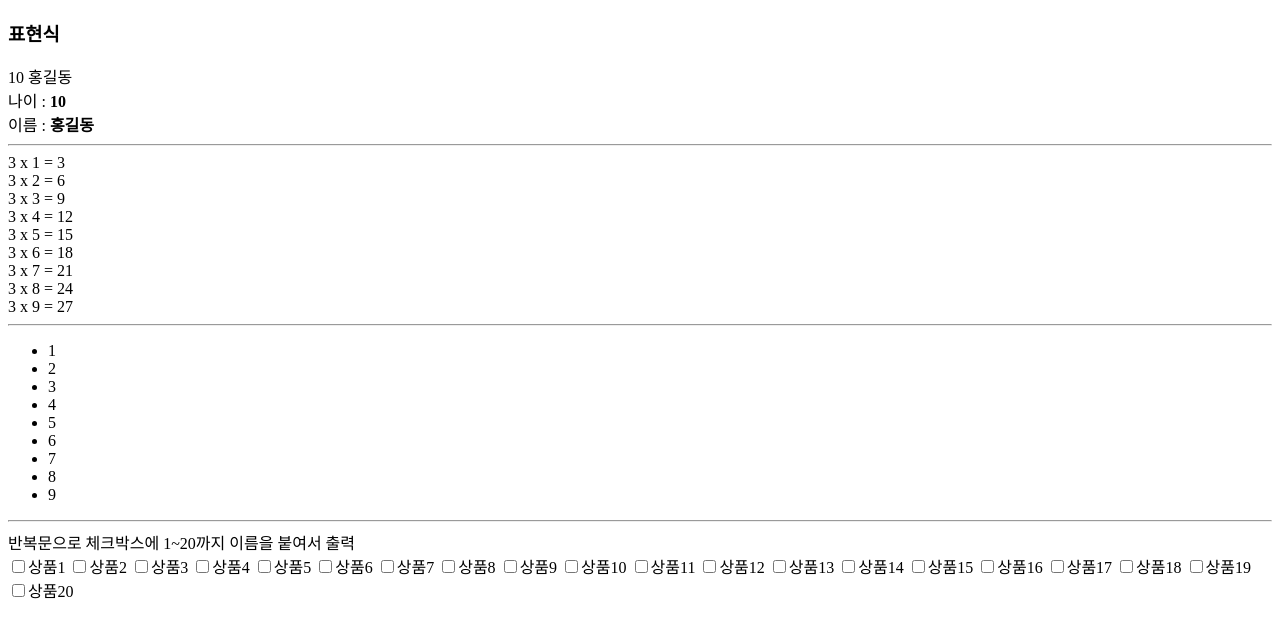
Repository: sun2898/JSP
Page: http://localhost/JSPBasic/jsptag/scriptlet02.jsp
These files come from the project's save history. The page is drawn as it stood at one moment and after the next save; the edit follows.
The browser window is 1280 px wide. The pictures show the whole page.
The page is served by Tomcat 9. Nobody is signed in. The application's start-up code is not run.

Above is the page before, as saved 2023-06-01 06:53:24.

After the next save:
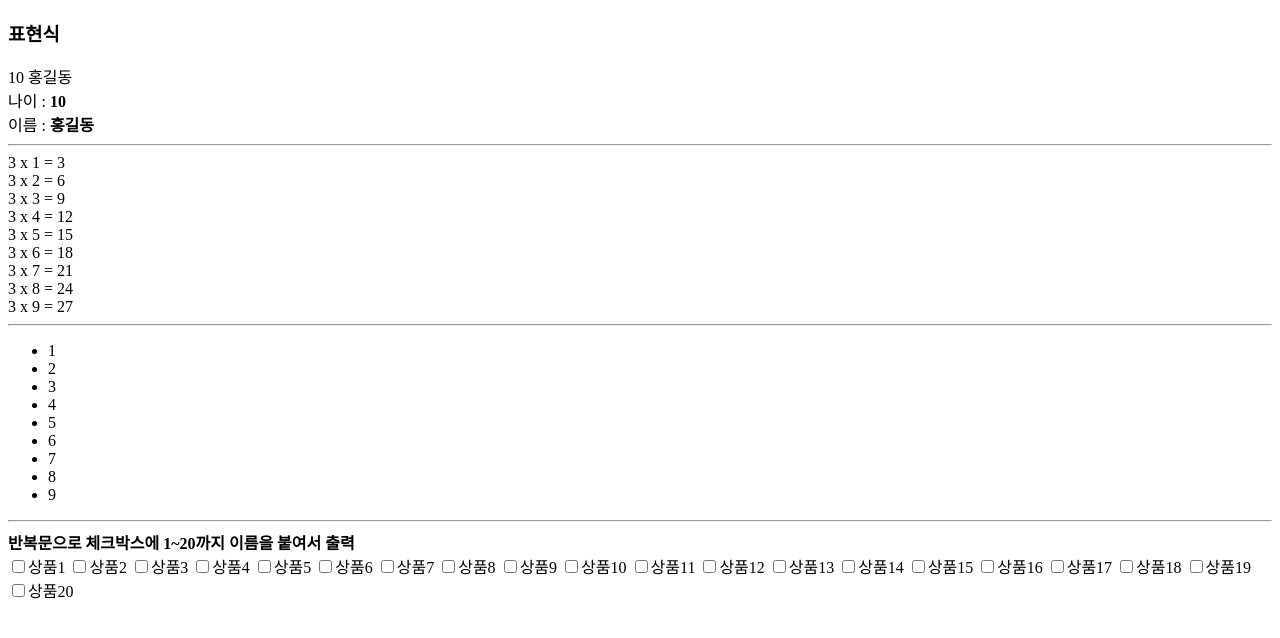
Saved 17 s later.
--- a/JSPBasic/src/main/webapp/jsptag/scriptlet02.jsp
+++ b/JSPBasic/src/main/webapp/jsptag/scriptlet02.jsp
@@ -40,7 +40,7 @@
 	</ul>
 
 	<hr/>
-	<hr3>반복문으로 체크박스에 1~20까지 이름을 붙여서 출력</hr3>
+	<hr3><b>반복문으로 체크박스에 1~20까지 이름을 붙여서 출력</b></hr3>
 	<br/>
 	<%for(int  i = 1; i <= 20; i++) {%>
 	<input type = "checkbox" name = "product">상품<%=i %>
